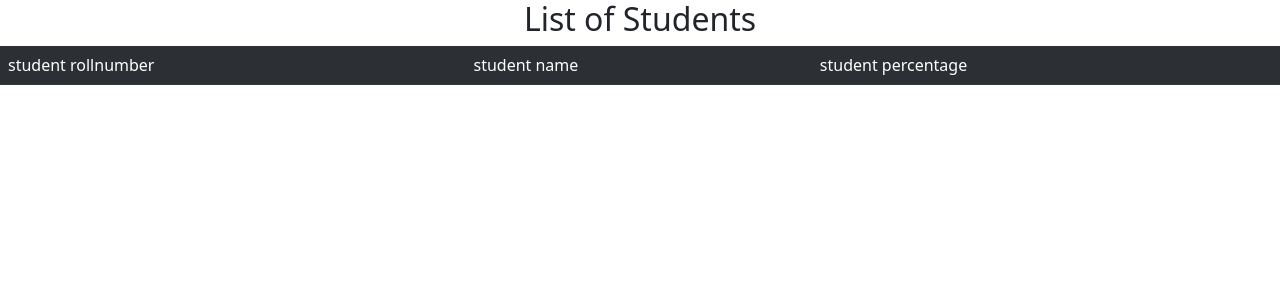
Repository: RMVLajaykumar/monojavaee
Page: http://localhost/12-student-mvc-db/Student
The author's editor kept a copy of each file at every save. The page is drawn from the files as they stood at one save, then again after the next save.
The browser window is 1280 px wide. The pictures show the whole page.
The page is served by Tomcat 9. Other server files are loaded and not shown. Queries for data that is not in the repository find no rows.

Above is the page before, as saved 2024-07-17 07:15:56.

### 12-student-mvc-db/WebContent/view-student.jsp
<%@ page language="java" contentType="text/html; charset=ISO-8859-1"
    pageEncoding="ISO-8859-1"%>
<%@ taglib uri="http://java.sun.com/jsp/jstl/core" prefix="c"%>
<%@ taglib uri="http://java.sun.com/jsp/jstl/functions" prefix="fn"%>
<link href="https://cdn.jsdelivr.net/npm/bootstrap@5.0.2/dist/css/bootstrap.min.css" rel="stylesheet" integrity="sha384-EVSTQN3/azprG1Anm3QDgpJLIm9Nao0Yz1ztcQTwFspd3yD65VohhpuuCOmLASjC" crossorigin="anonymous">
<script src="https://cdn.jsdelivr.net/npm/bootstrap@5.0.2/dist/js/bootstrap.bundle.min.js" integrity="sha384-MrcW6ZMFYlzcLA8Nl+NtUVF0sA7MsXsP1UyJoMp4YLEuNSfAP+JcXn/tWtIaxVXM" crossorigin="anonymous"></script>

<!DOCTYPE html>
<html>
<head>
<meta charset="ISO-8859-1">
<title>Insert title here</title>
</head>
<body>
<h2 class="text-center">List of Students</h2>

<table class="table table-dark table-striped">
		<tr>
			<td>student rollnumber</td>
			<td>student name</td>
			<td>student percentage</td>

		</tr>
		<c:forEach var="student" items="${theStudentList}" >
			<tr>
				<td>${student.rollnumber}</td>
				<td>${student.name}</td>
				<td>${student.pecentage}</td>


			</tr>
	 </c:forEach>




</body>
</html>

### 12-student-mvc-db/src/com/monocept/controller/StudentController.java
package com.monocept.controller;

import java.io.IOException;
import java.util.List;

import javax.annotation.Resource;
import javax.servlet.RequestDispatcher;
import javax.servlet.ServletException;
import javax.servlet.annotation.WebServlet;
import javax.servlet.http.HttpServlet;
import javax.servlet.http.HttpServletRequest;
import javax.servlet.http.HttpServletResponse;
import javax.sql.DataSource;

import com.monocept.dao.StudentDbUtil;
import com.monocept.entry.Student;


@WebServlet("/Student")
public class StudentController extends HttpServlet {
	private static final long serialVersionUID = 1L;

	private StudentDbUtil studentDbUtil;

   @Resource (name="jdbc/studentdb")
   private DataSource dataSource;

   @Override
   public void init() throws ServletException{
	   super.init();
	   studentDbUtil=new StudentDbUtil(dataSource);

   }


	protected void doGet(HttpServletRequest request, HttpServletResponse response) throws ServletException, IOException {

		listStudent(request,response);

	}
	private void listStudent(HttpServletRequest request, HttpServletResponse response)  throws ServletException, IOException {
		List<Student> studentList = studentDbUtil.getStudent();
		System.out.println(studentList);
		request.setAttribute("theStudentList", studentList);
		RequestDispatcher requestDispatcher = request.getRequestDispatcher("view-student.jsp");
		requestDispatcher.forward(request, response);


	}


	protected void doPost(HttpServletRequest request, HttpServletResponse response) throws ServletException, IOException {

	}

}

After the next save:
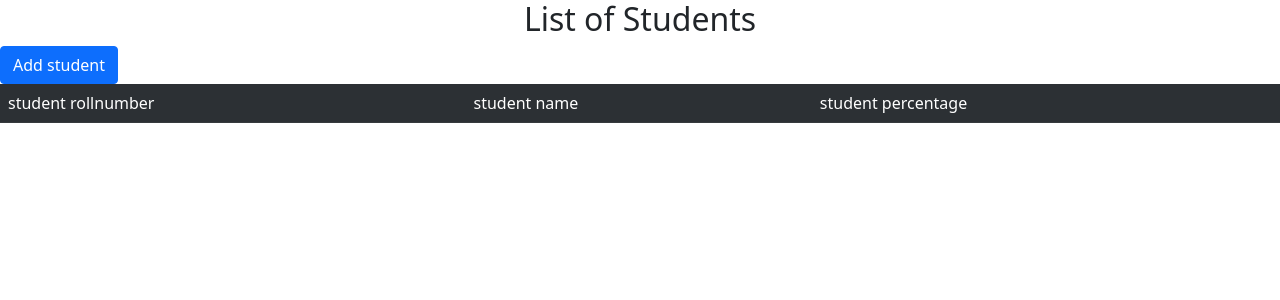
Saved 64 s later.
--- a/12-student-mvc-db/WebContent/view-student.jsp
+++ b/12-student-mvc-db/WebContent/view-student.jsp
@@ -13,6 +13,8 @@
 </head>
 <body>
 <h2 class="text-center">List of Students</h2>
+
+
 
 <table class="table table-dark table-striped">
 		<tr>
@@ -31,7 +33,7 @@
 			</tr>
 	 </c:forEach>
 
-
+          <a href="add-student.jsp" class="btn btn-primary">Add student</a>
 
 
 </body>
